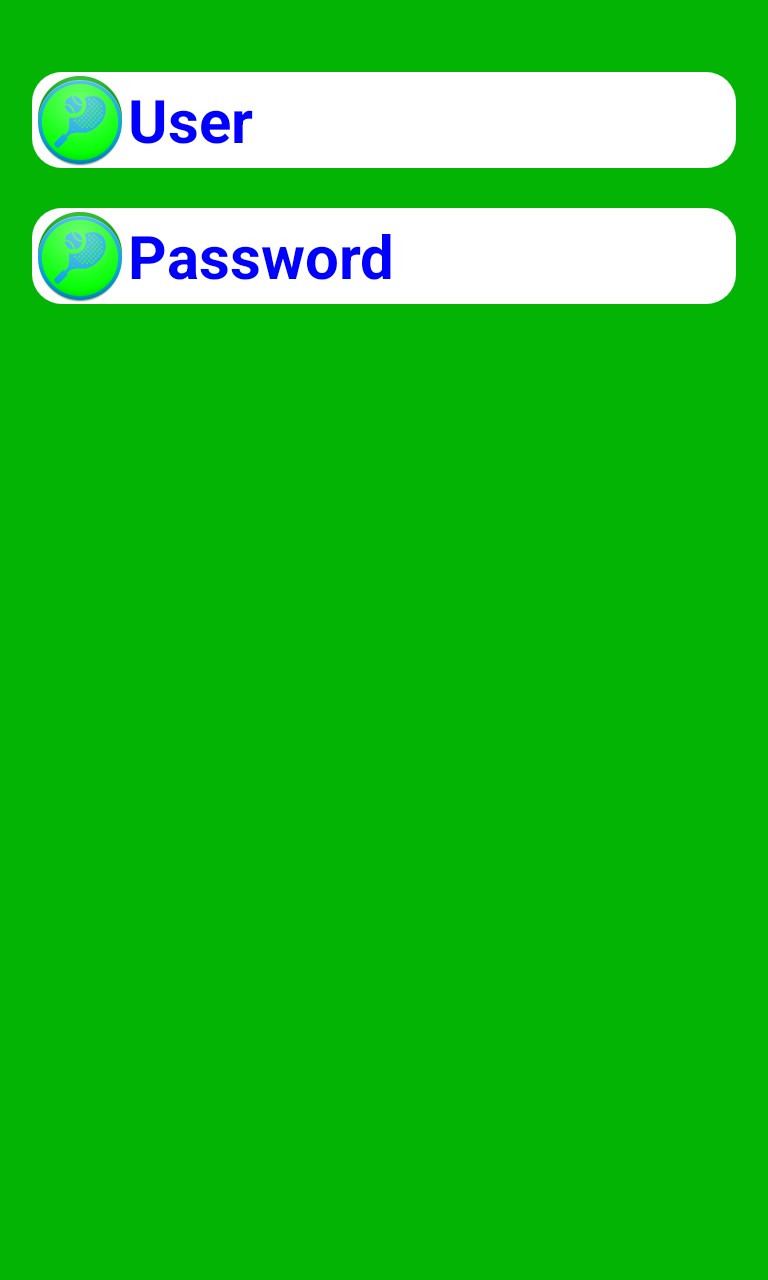
Repository: joslop8/PadelApp
Layout: PadelApp/res/layout/activity_login.xml
An editor plug-in stored every save of this project. The layout is shown before and after the next save, followed by the edit.
It is drawn on a 768 x 1280 px phone screen (xhdpi) without system bars, with theme AppTheme; the app's code is not run. The app's manifest (not shown) leaves right-to-left support off. So textAlignment, textDirection and layoutDirection are ignored, and left and right values win over start and end ones.

Above is the layout before, as saved 2015-03-09 12:52:47.

### PadelApp/res/layout/activity_login.xml
<LinearLayout xmlns:android="http://schemas.android.com/apk/res/android"
    xmlns:tools="http://schemas.android.com/tools"
    android:layout_width="match_parent"
    android:layout_height="match_parent"
    android:orientation="vertical"
    android:paddingBottom="@dimen/activity_vertical_margin"
    android:paddingLeft="@dimen/activity_horizontal_margin"
    android:paddingRight="@dimen/activity_horizontal_margin"
    android:paddingTop="@dimen/activity_vertical_margin"
    android:background="#04B404"
    tools:context="net.developers.padelapp.Login" >

    <EditText
        android:id="@+id/Edit_User_Login"
        android:layout_width="match_parent"
        android:layout_height="wrap_content"
        android:layout_gravity="center"
        android:layout_marginTop="20dp"
        android:background="@drawable/edit_text"
        android:drawableLeft="@drawable/ic_launcher"
        android:drawableStart="@drawable/ic_launcher"
        android:gravity="start|center_vertical"
        android:inputType="textPersonName"
        android:maxLength="30"
        android:text="@string/User"
        android:contentDescription="@string/User"
        android:textColor="#0000FF"
        android:textSize="30sp"
        android:focusable="true"
        android:textStyle="bold" />

    <EditText
        android:id="@+id/Edit_User_Password"
        android:layout_width="match_parent"
        android:layout_height="wrap_content"
        android:layout_gravity="center"
        android:layout_marginTop="20dp"
        android:background="@drawable/edit_text"
        android:drawableLeft="@drawable/ic_launcher"
        android:drawableStart="@drawable/ic_launcher"
        android:gravity="start|center_vertical"
        android:inputType="text"
        android:maxLength="30"
        android:text="@string/Pass"
        android:contentDescription="@string/Pass"
        android:textColor="#0000FF"
        android:textSize="30sp"
        android:focusable="true"
        android:textStyle="bold" />


</LinearLayout>

### PadelApp/res/drawable-hdpi/edit_text.xml
<?xml version="1.0" encoding="utf-8"?>
<shape xmlns:android="http://schemas.android.com/apk/res/android"
    android:shape="rectangle" >
    <solid android:color="#FFFFFF"/>
    <corners
        android:bottomLeftRadius="15dp"
        android:bottomRightRadius="15dp"
        android:topLeftRadius="15dp"
        android:topRightRadius="15dp"/>
</shape>

### PadelApp/res/values/strings.xml
<?xml version="1.0" encoding="utf-8"?>
<resources>

    <string name="app_name">PadelApp</string>
    <string name="action_settings">Settings</string>

    <!-- Registro -->
    <string name="User">User</string>
    <string name="Pass">Password</string>
    <string name="Email">E-mail</string>
    <!-- Registro -->

    <string name="title_activity_login">Login</string>

</resources>

Loaded but not shown: PadelApp/res/values/styles.xml (common file); PadelApp/res/values-v11/styles.xml (common file); PadelApp/res/values-v14/styles.xml (common file); PadelApp/res/values/dimens.xml (common file); PadelApp/res/values-w820dp/dimens.xml (common file)

After the next save:
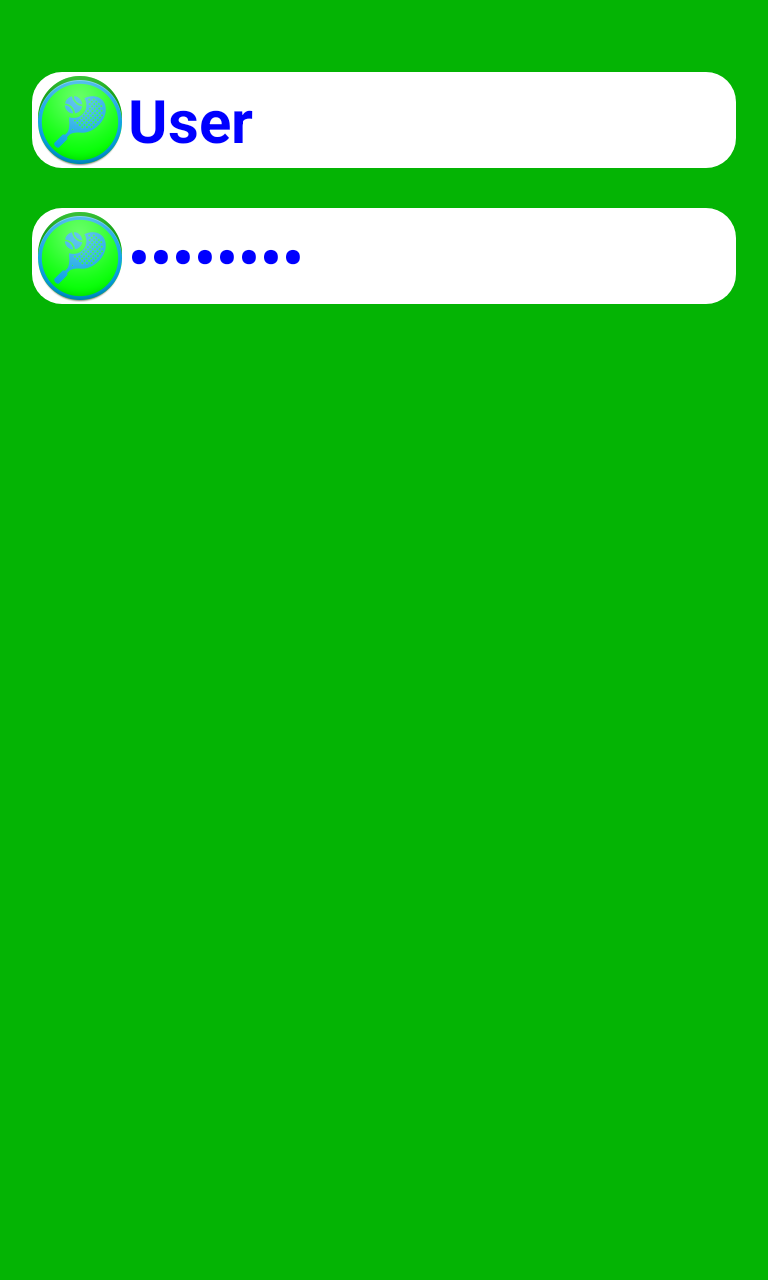
Saved 13 s later.
--- a/PadelApp/res/layout/activity_login.xml
+++ b/PadelApp/res/layout/activity_login.xml
@@ -39,7 +39,7 @@
         android:drawableLeft="@drawable/ic_launcher"
         android:drawableStart="@drawable/ic_launcher"
         android:gravity="start|center_vertical"
-        android:inputType="text"
+        android:inputType="text|textPassword"
         android:maxLength="30"
         android:text="@string/Pass"
         android:contentDescription="@string/Pass"
